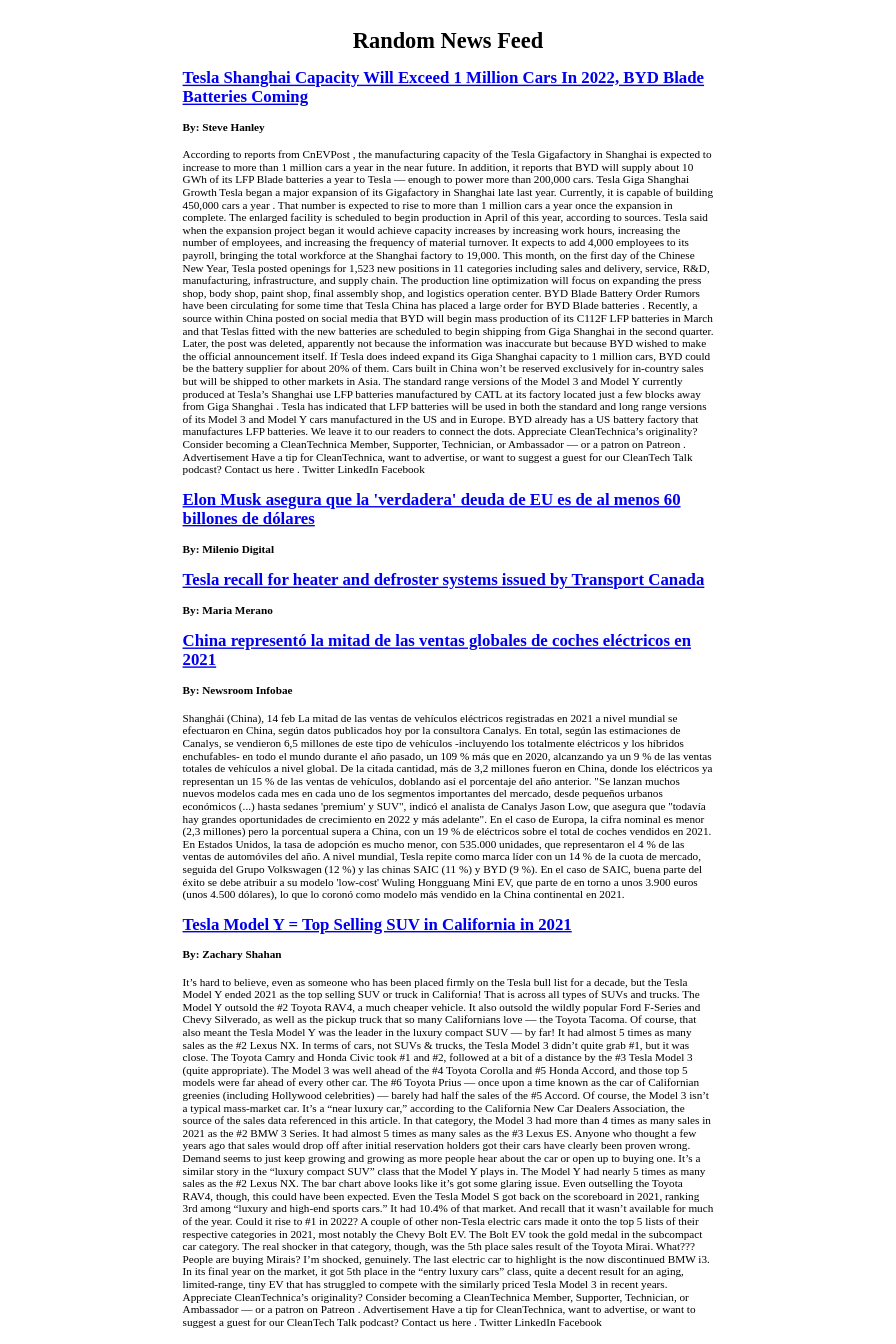
Repository: SamanthaYan298/my_news
Page: /
An editor plug-in stored every save of this project. The page is shown before and after the next save, followed by the edit.
The browser window is 1280 px wide. The pictures show the part of the page from y = 0 to 1920 px (the page is 29031 px tall before and 13501 px after), at 70% of full size.
The project was rebuilt for these pictures with package versions that can differ from the ones it lists, and the page was loaded fresh each time. Also part of the build but not shown: vite.config.js.

Above is the page before, as saved 2024-09-23 16:50:07.

### src/App.jsx
import news_feed from './sample_news_stories.json';

function App() {

  // Get stories from news feed
  const stories = news_feed.results;

  return (
    <div className="App">
      <h1>Random News Feed</h1>
      <div>
        {stories.map((story, index) => (
          <div key={index}>
            <a href={story.link}><h2>{story.title}</h2></a>
            <h4>By: {story.creator}</h4>
            <p>{story.full_description}</p>
          </div>
        ))}
      </div>
    </div>
  );
}

export default App;

### src/index.css
.App {
  padding: 10px;
  max-width: 60%;
  margin: auto;
}

.App > h1 {
  text-align: center;
}

.feed {
  display: flex;
  flex-direction: column;
  gap: 1em;
}

.story {
  position: relative;
  padding: 1em;
  box-shadow: 0 1px 2px #aeaeae;
}

.story span.delete {
  position: absolute;
  /* padding: 1px 3px; */
  width: 1rem;
  height: 1rem;
  text-align: center;
  line-height: 0.8;
  top: 0;
  right: 0;
  background: red;
  color: #fff;
  cursor: pointer;
}

.story_header {
  display: flex;
  flex-direction: row;
  gap: 1em;
}

.story_header h1 {
  margin: 0;
  padding: 0;
  font-size: 1.5em;
}

.story_header h1 > a {
  text-decoration: none;
}

.story_creator {
  display: block;
  font-size: 1rem;
  margin-top: 1rem;
}

.story_image {
  max-width: 20%;
}

.story_image img {
  width: 100%;
}

Loaded but not shown: index.html (common file); src/main.jsx (common file); src/sample_news_stories.json (1743 lines, source omitted)

After the next save:
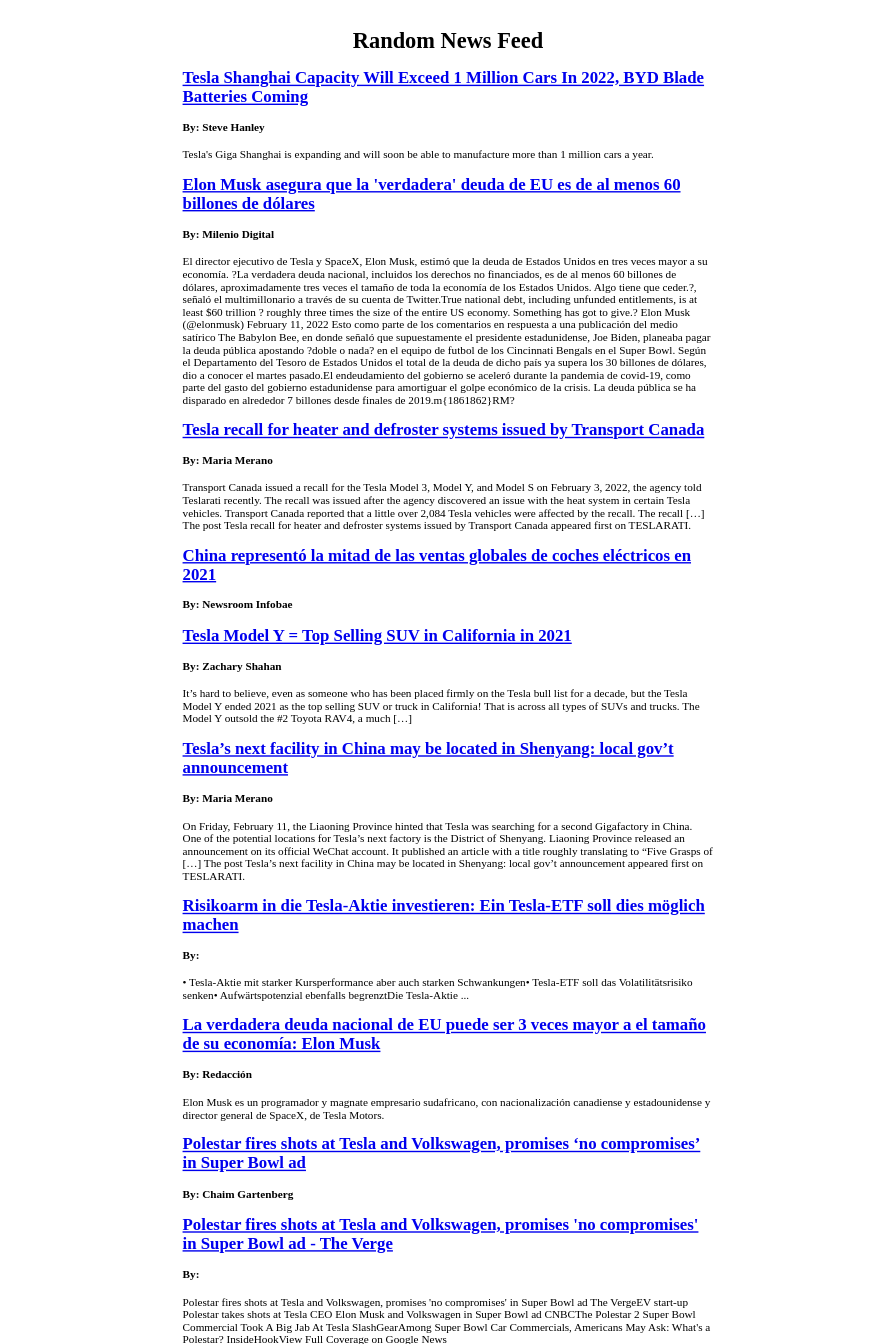
Saved 96 s later.
--- a/src/App.jsx
+++ b/src/App.jsx
@@ -13,7 +13,7 @@
           <div key={index}>
             <a href={story.link}><h2>{story.title}</h2></a>
             <h4>By: {story.creator}</h4>
-            <p>{story.full_description}</p>
+            <p>{story.description}</p>
           </div>
         ))}
       </div>
